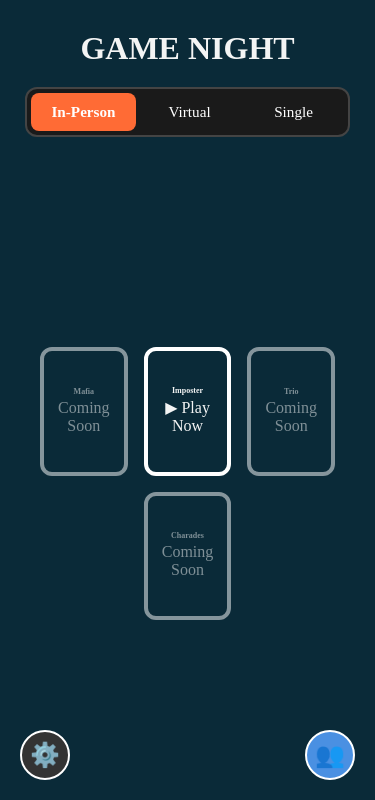
Repository: nfemmanuel/game-night-app
Page: /
These files come from the project's save history. The page is drawn as it stood at one moment and after the next save; the edit follows.
The browser window is 375 px wide. The pictures show the whole page.
Some web fonts or font styles are not loaded; a fallback is used. The project was rebuilt for these pictures with package versions that can differ from the ones it lists, and the page was loaded fresh each time. Also part of the build but not shown: src/components/BackButton.jsx, src/components/HelpButton.jsx, src/pages/imposter/ImposterSetup.jsx, src/data/wordList.js, src/pages/imposter/ImposterReveal.jsx, src/pages/imposter/ImposterVoting.jsx.

Above is the page before, as saved 2026-01-04 00:40:42.

### public/index.html
<!DOCTYPE html>
<html lang="en">

<head>
  <meta charset="utf-8" />
  <link rel="icon" href="%PUBLIC_URL%/favicon.ico" />
  <link rel="preconnect" href="https://fonts.googleapis.com">
  <link rel="preconnect" href="https://fonts.gstatic.com" crossorigin>
  <link href="https://fonts.googleapis.com/css2?family=Montserrat:wght@400;600;700&display=swap" rel="stylesheet">
  <meta name="viewport" content="width=device-width, initial-scale=1, maximum-scale=1, user-scalable=no" />
  <meta name="theme-color" content="#000000" />
  <meta name="description" content="Web site created using create-react-app" />
  <link rel="apple-touch-icon" href="%PUBLIC_URL%/logo192.png" />
  <!--
      manifest.json provides metadata used when your web app is installed on a
      user's mobile device or desktop. See https://developers.google.com/web/fundamentals/web-app-manifest/
    -->
  <link rel="manifest" href="%PUBLIC_URL%/manifest.json" />
  <!--
      Notice the use of %PUBLIC_URL% in the tags above.
      It will be replaced with the URL of the `public` folder during the build.
      Only files inside the `public` folder can be referenced from the HTML.

      Unlike "/favicon.ico" or "favicon.ico", "%PUBLIC_URL%/favicon.ico" will
      work correctly both with client-side routing and a non-root public URL.
      Learn how to configure a non-root public URL by running `npm run build`.
    -->
  <title>NF's Game Night</title>
</head>

<body>
  <noscript>You need to enable JavaScript to run this app.</noscript>
  <div id="root"></div>
  <!--
      This HTML file is a template.
      If you open it directly in the browser, you will see an empty page.

      You can add webfonts, meta tags, or analytics to this file.
      The build step will place the bundled scripts into the <body> tag.

      To begin the development, run `npm start` or `yarn start`.
      To create a production bundle, use `npm run build` or `yarn build`.
    -->
</body>

</html>

### src/index.js
import React from 'react';
import ReactDOM from 'react-dom/client';
import './styles/global.css';
import App from './App';
import { ThemeProvider } from './contexts/ThemeContext';

const root = ReactDOM.createRoot(document.getElementById('root'));
root.render(
  <React.StrictMode>
    <ThemeProvider>
      <App />
    </ThemeProvider>
  </React.StrictMode>
);

### src/styles/global.css
/* Import Google Fonts */
@import url('https://fonts.googleapis.com/css2?family=Love+Ya+Like+A+Sister&family=Piedra&display=swap');

* {
    margin: 0;
    padding: 0;
    box-sizing: border-box;
}

body {
    font-family: 'Love Ya Like A Sister', cursive;
    -webkit-font-smoothing: antialiased;
    -moz-osx-font-smoothing: grayscale;
    color: white;
    overflow-x: hidden;
}

h1,
h2,
h3,
h4,
h5,
h6,
.page-title {
    font-family: 'Piedra', cursive;
}

button {
    font-family: 'Love Ya Like A Sister', cursive;
    border: none;
    border-radius: 5px;
    cursor: pointer;
}

input,
textarea {
    font-family: 'Love Ya Like A Sister', cursive;
}

.page-title {
    font-size: 2.5rem;
}

/* Mobile optimizations */
@media (max-width: 768px) {
    .page-title {
        font-size: 2rem !important;
    }
}

@media (max-width: 480px) {
    .page-title {
        font-size: 1.5rem !important;
    }
}

/* Slide animations for page transitions */
@keyframes slide-in-left {
    from {
        transform: translateX(100%);
        opacity: 0;
    }

    to {
        transform: translateX(0);
        opacity: 1;
    }
}

@keyframes slide-in-right {
    from {
        transform: translateX(-100%);
        opacity: 0;
    }

    to {
        transform: translateX(0);
        opacity: 1;
    }
}

@keyframes slideInLeft {
    from {
        transform: translateX(-100%);
    }

    to {
        transform: translateX(0);
    }
}

### src/contexts/ThemeContext.jsx
import { createContext, useContext, useState } from 'react';

const themes = {
  dark: {
    // Your palette
    primary: '#061E29',
    secondary: '#1D546D',
    tertiary: '#5F9598',
    light: '#F3F4F4',

    // Backgrounds
    bgDark: '#061E29',
    bgMedium: '#0A2A38',
    bgLight: '#1D546D',

    // Text
    textPrimary: '#F3F4F4',
    textSecondary: '#5F9598',
    textDisabled: '#2A5A70',

    // Accents
    accent: '#5F9598',
    accentHover: '#7AB5B8',

    // Semantic
    success: '#5F9598',
    danger: '#D96459',
    warning: '#E8A87C',

    // Card colors (alternating)
    cardColor1: '#5F9598',
    cardColor2: '#1D546D'
  },

  light: {
    primary: '#F3F4F4',
    secondary: '#E8EEF0',
    tertiary: '#5F9598',
    dark: '#061E29',

    bgDark: '#FFFFFF',
    bgMedium: '#F3F4F4',
    bgLight: '#E8EEF0',

    textPrimary: '#061E29',
    textSecondary: '#1D546D',
    textDisabled: '#B0C4C8',

    accent: '#1D546D',
    accentHover: '#2A6B8A',

    success: '#5F9598',
    danger: '#D96459',
    warning: '#E8A87C',

    cardColor1: '#1D546D',
    cardColor2: '#5F9598'
  }
};

const ThemeContext = createContext();

export function ThemeProvider({ children }) {
  const [currentTheme, setCurrentTheme] = useState('dark');

  const theme = themes[currentTheme];

  const toggleTheme = () => {
    setCurrentTheme(prev => prev === 'dark' ? 'light' : 'dark');
  };

  return (
    <ThemeContext.Provider value={{ theme, currentTheme, toggleTheme, themes }}>
      {children}
    </ThemeContext.Provider>
  );
}

export function useTheme() {
  const context = useContext(ThemeContext);
  if (!context) {
    throw new Error('useTheme must be used within ThemeProvider');
  }
  return context;
}

### src/pages/LandingPage.jsx
import { useState } from 'react';
import { useNavigate } from 'react-router-dom';
import { motion, AnimatePresence } from 'framer-motion';
import GameCard from '../components/GameCard';
import ModeSelector from '../components/ModeSelector';
import SettingsButton from '../components/SettingsButton';
import SocialButton from '../components/SocialButton';
import { useTheme } from '../contexts/ThemeContext';

function LandingPage() {
    const navigate = useNavigate();
    const { theme } = useTheme();
    const [currentMode, setCurrentMode] = useState('in-person');
    const [direction, setDirection] = useState(0);

    const games = [
        { name: "Mafia", modes: ["in-person"], route: "/mafia-setup", available: false, color: "color1" },
        { name: "Imposter", modes: ["in-person", "virtual"], route: "/imposter-setup", available: true, color: "color2" },
        { name: "Trio", modes: ["in-person", "virtual", "single"], route: "/trio-setup", available: false, color: "color1" },
        { name: "UNO", modes: ["virtual", "single"], route: "/uno-setup", available: false, color: "color2" },
        { name: "UNO: Show 'Em No Mercy", modes: ["virtual", "single"], route: "/uno-nm-setup", available: false, color: "color1" },
        { name: "Charades", modes: ["in-person"], route: "/charades-setup", available: false, color: "color2" }
    ];

    const modes = ['in-person', 'virtual', 'single'];
    const currentIndex = modes.indexOf(currentMode);
    const filteredGames = games.filter(game => game.modes.includes(currentMode));

    const handleClick = (gameName, route) => {
        if (route) {
            navigate(route);
        }
    };

    const paginate = (newDirection) => {
        const newIndex = currentIndex + newDirection;
        if (newIndex >= 0 && newIndex < modes.length) {
            setDirection(newDirection);
            setCurrentMode(modes[newIndex]);
        }
    };

    const handleModeChange = (newMode) => {
        const newIndex = modes.indexOf(newMode);
        setDirection(newIndex > currentIndex ? 1 : -1);
        setCurrentMode(newMode);
    };

    const variants = {
        enter: (direction) => ({
            x: direction > 0 ? '100%' : '-100%',
            opacity: 0
        }),
        center: {
            x: 0,
            opacity: 1
        },
        exit: (direction) => ({
            x: direction > 0 ? '-100%' : '100%',
            opacity: 0
        })
    };

    const swipeConfidenceThreshold = 10000;
    const swipePower = (offset, velocity) => {
        return Math.abs(offset) * velocity;
    };

    return (
        <div
            className="landing-page"
            style={{
                padding: '20px',
                height: '100vh',
                display: 'flex',
                flexDirection: 'column',
                boxSizing: 'border-box',
                backgroundColor: theme.bgMedium,
                color: theme.textPrimary,
                overflow: 'hidden'
            }}
        >
            {/* SECTION 1: Title */}
            <div style={{
                textAlign: 'center',
                paddingBottom: '10px',
                flexShrink: 0
            }}>
                <h1 style={{ margin: '10px 0', color: theme.textPrimary }}>GAME NIGHT</h1>
            </div>

            {/* SECTION 2: Mode Selector */}
            <div style={{
                textAlign: 'center',
                paddingBottom: '20px',
                flexShrink: 0
            }}>
                <ModeSelector currentMode={currentMode} onModeChange={handleModeChange} />
            </div>

            {/* SECTION 3: Game Cards with Drag-to-Swipe */}
            <div
                style={{
                    flex: 1,
                    display: 'flex',
                    alignItems: 'center',
                    justifyContent: 'center',
                    minHeight: 0,
                    overflow: 'hidden',
                    position: 'relative'
                }}
            >
                <AnimatePresence initial={false} custom={direction} mode="wait">
                    <motion.div
                        key={currentMode}
                        custom={direction}
                        variants={variants}
                        initial="enter"
                        animate="center"
                        exit="exit"
                        transition={{
                            x: { type: "spring", stiffness: 300, damping: 30 },
                            opacity: { duration: 0.4 }
                        }}
                        drag="x"
                        dragConstraints={{ left: 0, right: 0 }}
                        dragElastic={0.2}
                        onDragEnd={(e, { offset, velocity }) => {
                            const swipe = swipePower(offset.x, velocity.x);

                            if (swipe < -swipeConfidenceThreshold) {
                                paginate(1);
                            } else if (swipe > swipeConfidenceThreshold) {
                                paginate(-1);
                            }
                        }}
                        style={{
                            display: 'flex',
                            gap: '8px',
                            justifyContent: 'center',
                            flexWrap: 'wrap',
                            padding: '0 8px',
                            width: '100%',
                            boxSizing: 'border-box',
                            position: 'absolute',
                            cursor: 'grab'
                        }}
                    >
                        {filteredGames.map(game => (
                            <GameCard
                                key={game.name}
                                name={game.name}
                                available={game.available}
                                color={game.color}
                                onClick={() => handleClick(game.name, game.route)}
                            />
                        ))}
                    </motion.div>
                </AnimatePresence>
            </div>

            {/* Settings Button */}
            <SettingsButton />
            <SocialButton />
        </div>
    );
}

export default LandingPage;

### src/components/GameCard.jsx
import styles from './GameCard.module.css';

function GameCard({ name, available, onClick, color }) {
    const cardClasses = `${styles.card} ${available ? styles.available : styles.disabled} ${color ? styles[color] : ''}`;

    return (
        <div
            className={cardClasses}
            onClick={available ? onClick : null}
        >
            <div className={styles.cardName}>{name}</div>
            <div className={styles.cardStatus}>{available ? '▶ Play Now' : 'Coming Soon'}</div>
        </div>
    );
}

export default GameCard;

### src/components/ModeSelector.jsx
function ModeSelector({ currentMode, onModeChange }) {
    const modes = [
        { id: 'in-person', label: 'In-Person' },
        { id: 'virtual', label: 'Virtual' },
        { id: 'single', label: 'Single' }
    ];

    return (
        <div style={{
            display: 'flex',
            justifyContent: 'center',
            marginBottom: '30px',
            flexShrink: 0
        }}>
            <div style={{
                display: 'flex',
                backgroundColor: '#1a1a1a',
                borderRadius: '12px',
                padding: '4px',
                border: '2px solid #444',
                gap: '4px'
            }}>
                {modes.map(mode => (
                    <button
                        key={mode.id}
                        onClick={() => onModeChange(mode.id)}
                        style={{
                            padding: '10px 20px',
                            fontSize: '0.95rem',
                            backgroundColor: currentMode === mode.id ? '#FF6B35' : 'transparent',
                            color: 'white',
                            border: 'none',
                            borderRadius: '8px',
                            cursor: 'pointer',
                            transition: 'all 0.3s ease',
                            fontFamily: 'inherit',
                            fontWeight: currentMode === mode.id ? 'bold' : 'normal',
                            minWidth: '100px',
                            whiteSpace: 'nowrap'
                        }}
                    >
                        {mode.label}
                    </button>
                ))}
            </div>
        </div>
    );
}

export default ModeSelector;

### src/components/SettingsButton.jsx
import { useState } from 'react';

function SettingsButton() {
    const [isOpen, setIsOpen] = useState(false);

    return (
        <>
            {/* Settings Icon - Bottom Left */}
            <button
                onClick={() => setIsOpen(true)}
                style={{
                    position: 'fixed',
                    bottom: '20px',
                    left: '20px',
                    width: '50px',
                    height: '50px',
                    borderRadius: '50%',
                    backgroundColor: '#333',
                    border: '2px solid white',
                    color: 'white',
                    fontSize: '1.5rem',
                    cursor: 'pointer',
                    zIndex: 1000,
                    display: 'flex',
                    alignItems: 'center',
                    justifyContent: 'center'
                }}
            >
                ⚙️
            </button>

            {/* Settings Drawer */}
            {isOpen && (
                <>
                    {/* Backdrop */}
                    <div
                        onClick={() => setIsOpen(false)}
                        style={{
                            position: 'fixed',
                            top: 0,
                            left: 0,
                            right: 0,
                            bottom: 0,
                            backgroundColor: 'rgba(0, 0, 0, 0.5)',
                            zIndex: 1001
                        }}
                    />

                    {/* Drawer */}
                    <div
                        style={{
                            position: 'fixed',
                            left: 0,
                            top: 0,
                            bottom: 0,
                            width: '300px',
                            maxWidth: '80vw',
                            backgroundColor: '#2a2a2a',
                            padding: '20px',
                            zIndex: 1002,
                            boxShadow: '2px 0 10px rgba(0,0,0,0.5)'
                        }}
                    >
                        <div style={{
                            display: 'flex',
                            justifyContent: 'space-between',
                            alignItems: 'center',
                            marginBottom: '20px'
                        }}>
                            <h2 style={{ margin: 0 }}>Settings</h2>
                            <button
                                onClick={() => setIsOpen(false)}
                                style={{
                                    background: 'none',
                                    border: 'none',
                                    color: 'white',
                                    fontSize: '1.5rem',
                                    cursor: 'pointer',
                                    padding: '0'
                                }}
                            >
                                ✕
                            </button>
                        </div>

                        <p style={{ color: '#999' }}>Settings coming soon...</p>
                    </div>
                </>
            )}
        </>
    );
}

export default SettingsButton;

### src/components/SocialButton.jsx
import { useState } from 'react';
import { motion, AnimatePresence } from 'framer-motion';

function SocialButton() {
    const [isOpen, setIsOpen] = useState(false);
    const [activeTab, setActiveTab] = useState('party');

    const tabs = [
        { id: 'party', label: 'Party', icon: '👥' },
        { id: 'chat', label: 'Chat', icon: '💬' },
        { id: 'voice', label: 'Voice', icon: '🎤' }
    ];

    return (
        <>
            {/* Social Icon - Bottom Right */}
            <button
                onClick={() => setIsOpen(true)}
                style={{
                    position: 'fixed',
                    bottom: '20px',
                    right: '20px',
                    width: '50px',
                    height: '50px',
                    borderRadius: '50%',
                    backgroundColor: '#4A90E2',
                    border: '2px solid white',
                    color: 'white',
                    fontSize: '1.5rem',
                    cursor: 'pointer',
                    zIndex: 1000,
                    display: 'flex',
                    alignItems: 'center',
                    justifyContent: 'center',
                    transition: 'transform 0.2s ease',
                }}
                onMouseEnter={(e) => e.currentTarget.style.transform = 'scale(1.1)'}
                onMouseLeave={(e) => e.currentTarget.style.transform = 'scale(1)'}
            >
                👥
            </button>

            {/* Social Popup with Animation */}
            <AnimatePresence>
                {isOpen && (
                    <>
                        {/* Backdrop */}
                        <motion.div
                            initial={{ opacity: 0 }}
                            animate={{ opacity: 1 }}
                            exit={{ opacity: 0 }}
                            transition={{ duration: 0.3 }}
                            onClick={() => setIsOpen(false)}
                            style={{
                                position: 'fixed',
                                top: 0,
                                left: 0,
                                right: 0,
                                bottom: 0,
                                backgroundColor: 'rgba(0, 0, 0, 0.5)',
                                zIndex: 1001
                            }}
                        />

                        {/* Popup Menu - Positioned near button */}
                        <motion.div
                            initial={{ scale: 0, opacity: 0, transformOrigin: 'bottom right' }}
                            animate={{ scale: 1, opacity: 1 }}
                            exit={{ scale: 0, opacity: 0 }}
                            transition={{ type: 'spring', damping: 20, stiffness: 300 }}
                            style={{
                                position: 'fixed',
                                bottom: '80px',
                                right: '20px',
                                width: '350px',
                                maxWidth: 'calc(100vw - 40px)',
                                maxHeight: 'calc(100vh - 120px)',
                                backgroundColor: '#2a2a2a',
                                borderRadius: '15px',
                                zIndex: 1002,
                                boxShadow: '0 10px 40px rgba(0,0,0,0.5)',
                                display: 'flex',
                                flexDirection: 'column',
                                overflow: 'hidden'
                            }}
                        >
                            {/* Header with Close Button */}
                            <div style={{
                                display: 'flex',
                                justifyContent: 'space-between',
                                alignItems: 'center',
                                padding: '15px',
                                borderBottom: '1px solid #444',
                                flexShrink: 0
                            }}>
                                <h2 style={{ margin: 0, fontSize: '1.3rem' }}>Social</h2>
                                <button
                                    onClick={() => setIsOpen(false)}
                                    style={{
                                        background: 'none',
                                        border: 'none',
                                        color: 'white',
                                        fontSize: '1.5rem',
                                        cursor: 'pointer',
                                        padding: '0',
                                        width: '30px',
                                        height: '30px',
                                        display: 'flex',
                                        alignItems: 'center',
                                        justifyContent: 'center'
                                    }}
                                >
                                    ✕
                                </button>
                            </div>

                            {/* Tab Navigation */}
                            <div style={{
                                display: 'flex',
                                borderBottom: '2px solid #444',
                                backgroundColor: '#1a1a1a',
                                flexShrink: 0
                            }}>
                                {tabs.map(tab => (
                                    <button
                                        key={tab.id}
                                        onClick={() => setActiveTab(tab.id)}
                                        style={{
                                            flex: 1,
                                            padding: '12px 8px',
                                            fontSize: '0.9rem',
                                            backgroundColor: activeTab === tab.id ? '#2a2a2a' : 'transparent',
                                            color: activeTab === tab.id ? 'white' : '#999',
                                            border: 'none',
                                            borderBottom: activeTab === tab.id ? '3px solid #4A90E2' : '3px solid transparent',
                                            cursor: 'pointer',
                                            transition: 'all 0.3s ease',
                                            fontFamily: 'inherit',
                                            fontWeight: activeTab === tab.id ? 'bold' : 'normal',
                                            display: 'flex',
                                            alignItems: 'center',
                                            justifyContent: 'center',
                                            gap: '5px',
                                            flexDirection: 'column'
                                        }}
                                    >
                                        <span style={{ fontSize: '1.2rem' }}>{tab.icon}</span>
                                        <span style={{ fontSize: '0.8rem' }}>{tab.label}</span>
                                    </button>
                                ))}
                            </div>

                            {/* Tab Content */}
                            <div style={{
                                flex: 1,
                                padding: '15px',
                                overflowY: 'auto',
                                minHeight: 0
                            }}>
                                {activeTab === 'party' && (
                                    <div>
                                        <h3 style={{ marginTop: 0, fontSize: '1.1rem' }}>Party Members</h3>
                                        <p style={{ color: '#999', fontSize: '0.9rem' }}>Party system coming soon...</p>
                                    </div>
                                )}

                                {activeTab === 'chat' && (
                                    <div>
                                        <h3 style={{ marginTop: 0, fontSize: '1.1rem' }}>Group Chat</h3>
                                        <p style={{ color: '#999', fontSize: '0.9rem' }}>Chat system coming soon...</p>
                                    </div>
                                )}

                                {activeTab === 'voice' && (
                                    <div>
                                        <h3 style={{ marginTop: 0, fontSize: '1.1rem' }}>Voice Chat</h3>
                                        <p style={{ color: '#999', fontSize: '0.9rem' }}>Voice chat coming soon...</p>
                                    </div>
                                )}
                            </div>
                        </motion.div>
                    </>
                )}
            </AnimatePresence>
        </>
    );
}

export default SocialButton;

### src/components/GameCard.module.css
.card {
    width: 225px;
    aspect-ratio: 225 / 330;
    padding: 30px;
    margin: 10px;
    border-radius: 20px;
    border: 10px solid white;
    text-align: center;
    transition: all 0.3s ease;
    display: flex;
    flex-direction: column;
    justify-content: center;
    align-items: center;
}

.cardName {
    font-size: 1.8rem;
    font-weight: bold;
    margin: 0;
    line-height: 1.2;
}

.cardAvailable {
    font-size: 1.1rem;
    margin: 10px 0 0 0;
}

.available {
    cursor: pointer;
}

.available:hover {
    transform: scale(1.05);
    filter: brightness(1.2);
}

.disabled {
    cursor: not-allowed;
    opacity: 0.5;
}

/* Mobile: 3 cards per row */
@media (max-width: 768px) {
    .card {
        width: calc(33.333% - 10px);
        aspect-ratio: 225 / 330;
        padding: 3vw;
        margin: 5px;
        border-width: 5px;
        border-radius: 12px;
    }

    .cardName {
        font-size: 0.65rem;
        font-weight: bold;
        margin-bottom: 5px;
        line-height: 1.1;
    }

    .cardAvailable {
        font-size: 0.5rem;
        margin-top: 5px;
    }
}

@media (max-width: 480px) {
    .card {
        width: calc(30% - 8px);
        aspect-ratio: 225 / 330;
        padding: 2.5vw;
        margin: 4px;
        border-width: 4px;
    }

    .cardName {
        font-size: 0.5rem;
        font-weight: bold;
        margin-bottom: 3px;
        line-height: 1;
        word-wrap: break-word;
        overflow-wrap: break-word;
    }

    .cardAvailable {
        font-size: 0.4rem;
        margin-top: 3px;
        white-space: nowrap;
    }
}

Loaded but not shown: src/App.js (21 lines, source omitted)

After the next save:
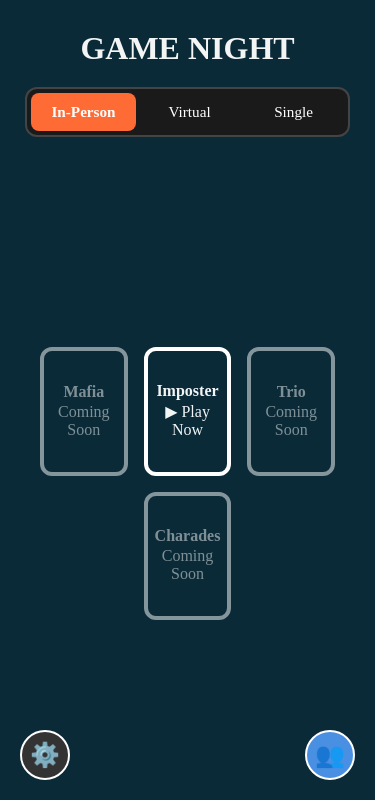
Saved 37 s later.
--- a/src/components/GameCard.module.css
+++ b/src/components/GameCard.module.css
@@ -73,7 +73,7 @@
     }
 
     .cardName {
-        font-size: 0.5rem;
+        font-size: 1rem;
         font-weight: bold;
         margin-bottom: 3px;
         line-height: 1;
